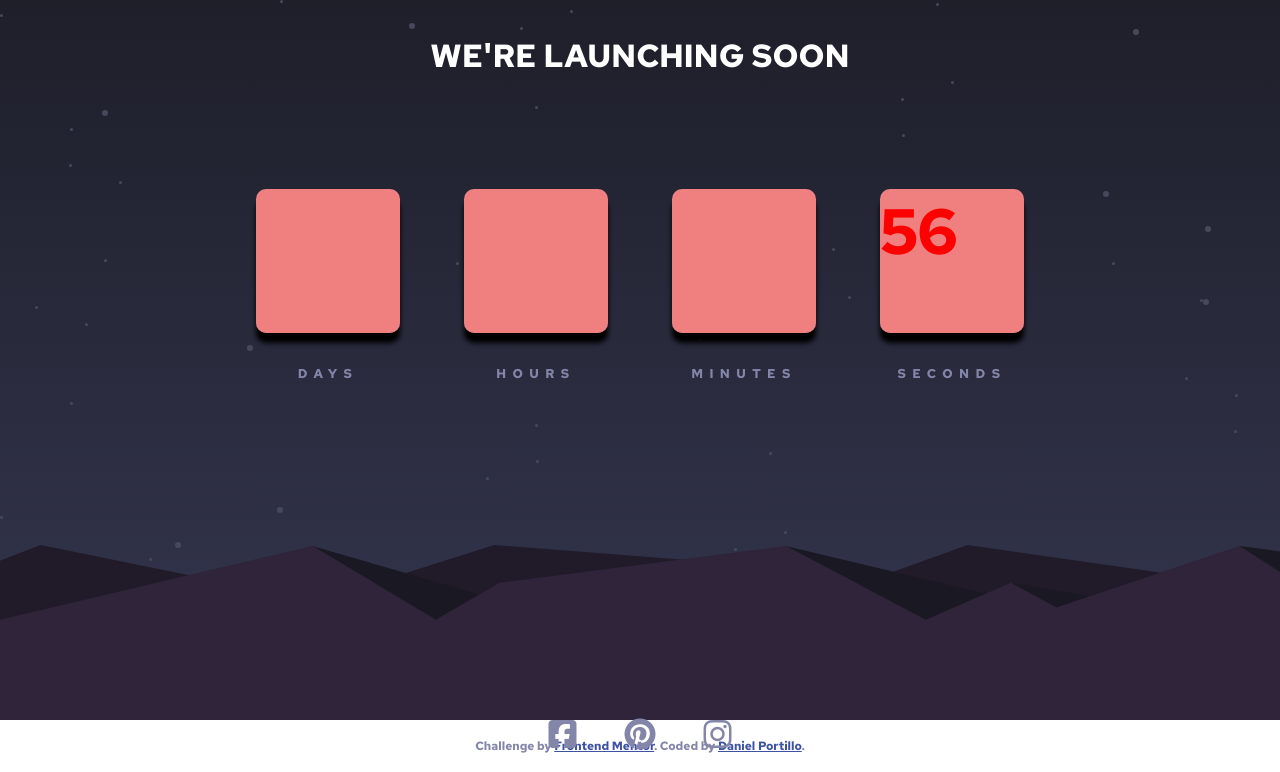
Repository: dportillo23/launch-countdown-timer-main
Page: index.html
These files come from the project's save history. The page is drawn as it stood at one moment and after the next save; the edit follows.
The browser window is 1280 px wide. The pictures show the whole page.
Some web libraries are served in a nearby version. The style sheet was rebuilt from its Sass, Less or Tailwind sources for each picture, by a compiler version that may differ from the author's.

Above is the page before, as saved 2021-06-29 12:13:23.

### index.html
<!DOCTYPE html>
<html lang="en">

<head>
  <meta charset="UTF-8">
  <meta name="viewport" content="width=device-width, initial-scale=1.0">

  <!-- displays site properly based on user's device -->
  <link rel="stylesheet" href="style.css">
  <link rel="icon" type="image/png" sizes="32x32" href="./images/favicon-32x32.png">

  <!-- Fontawesome connection -->
  <script src="https://kit.fontawesome.com/22e099610c.js" crossorigin="anonymous"></script>
  <link rel="stylesheet" href="path/to/font-awesome/css/font-awesome.min.css">

  <!-- Google fonts -->
  <link rel="preconnect" href="https://fonts.gstatic.com">
  <link href="https://fonts.googleapis.com/css2?family=Red+Hat+Text:wght@700&display=swap" rel="stylesheet">

  <title>Frontend Mentor | Launch countdown timer</title>

</head>

<body>
  <div class="header">
    <div class="container">

      <h1 class="title">We're launching soon</h1>

      <!-- Cards Section -->
      <div class="cards--section">

        <!-- Days card -->
        <div class="cards--container">
          <div class="card--number--container days" id="days">
            14
          </div>
          <h3 class="card--subtitle">Days</h3>
        </div>

        <!-- Hours card -->
        <div class="cards--container">
          <div class="card--number--container front  hours" id="hours">
            00
          </div>
          <h3 class="card--subtitle">Hours</h3>
        </div>

        <!-- Minutes card -->
        <div class="cards--container">
          <div class="card--number--container  minutes" id="minutes">
            00
          </div>
          <h3 class="card--subtitle">Minutes</h3>
        </div>

        <!-- Seconds card -->
        <div class="cards--container">
          <div class="card--number--container seconds" data-value="" id="seconds">
           00
          </div>
          <h3 class="card--subtitle">Seconds</h3>
        </div>
      </div>

      <!-- Social media icons section -->
      <div class="social--container">
        <img src="./images/pattern-hills.svg" alt="hills" srcset="">
        <a href=""><i class="fab fa-facebook-square"></i></a></i><a href=""><i class="fab fa-pinterest"></i></a><a
          href=""><i class="fab fa-instagram"></i></a></div>
    </div>
  </div>

<!-- Footer -->
  <footer>
    <div class="attribution">
      Challenge by <a href="https://www.frontendmentor.io?ref=challenge" target="_blank">Frontend Mentor</a>.
      Coded by <a href="https://dportillo23.github.io/My-Personal-Site/">Daniel Portillo</a>.
    </div>
  </footer>

  <script src="app.js"></script>
</body>

</html>

### app.js
// Constants and DOM objects
const seconds = 1000;
const minutes = seconds * 60;
const hours = minutes * 60;
const days = hours * 24;



//  Timer elements
const timeDays = document.getElementById("days");
const timeHours = document.getElementById("hours");
const timeMinutes = document.getElementById("minutes");
const timeSeconds = document.getElementById("seconds");

// Cards Elements
const daysContainer = document.querySelector(".days");
const hoursContainer = document.querySelector(".hours");
const minutesContainer = document.querySelector(".minutes");
const secondsContainer = document.querySelector(".seconds");




// Functions
function difference(endTime, startTime) {
    return endTime - startTime;
}

function addLeadingZero(num) {
    if (num < 10) {
        num = "0" + num;
    }
    return num;
}


function flipCard(card) {
    card.classList.toggle("flipped");
}


//  Interval to make the countdown
var counter = 0
var leftTime = {
    d: [],
    h: [],
    m: [],
    s: [],
}

//Change 60 for 00
const sixtyToZero = num => {
    if (num == 60) {
        num = "00"
    }

    return num
}

// Set counter final day
const finish = new Date();
finish.setDate(finish.getDate() + 14);

// Start countdown
setInterval(() => {
    const actualTime = new Date();
    const timeDifference = difference(finish, actualTime);

    if (counter === 0) {
        leftTime = {
            d: [Math.floor(timeDifference / days), Math.floor(timeDifference / days)],
            h: [Math.floor((timeDifference % days)/ hours ), Math.floor((timeDifference % days)/ hours )],
            m: [Math.floor((timeDifference % hours) / minutes), Math.floor((timeDifference % hours) / minutes)],
            s: [Math.floor((timeDifference % minutes) / seconds) + 1, Math.floor((timeDifference % minutes) / seconds) + 1],
        }

    } else {
        leftTime = {
            d: [Math.floor(timeDifference / days), leftTime.d[0]],
            h: [Math.floor((timeDifference % days)/ hours ), leftTime.h[0]],
            m: [Math.floor((timeDifference % hours) / minutes), leftTime.m[0]],
            s: [Math.floor((timeDifference % minutes) / seconds) + 1, leftTime.s[0]],
        }
    }


    // Add leading zero if needed
    for (const item in leftTime) {
        leftTime[item] = leftTime[item].map(num => addLeadingZero(num))
    }


    //  Change numbers in HTML
    secondsContainer.setAttribute("data-value", leftTime.s[0])
    timeDays.innerHTML = sixtyToZero(leftTime.d[0]);
    timeHours.innerHTML = sixtyToZero(leftTime.h[0]);
    timeMinutes.innerHTML = sixtyToZero(leftTime.m[0]);
    timeSeconds.innerHTML = sixtyToZero(leftTime.s[0]);

    counter += 1

    console.log(leftTime)

}, 500);

### style.scss
*,
*::before,
*::after {
    box-sizing: border-box;
    margin: 0;
}

$col-ppal: hsl(237, 18%, 59%);
$col-red: hsl(345, 95%, 68%);

$col-dark: hsl(236, 21%, 26%);
$col-dark-blue: hsl(235, 16%, 14%);
$col-darker: hsl(234, 17%, 12%);

body {
    font-family: 'Red Hat Text', sans-serif;
    color: $col-ppal;
}

.header {
    min-height: 100vh;
    display: flex;
    flex-direction: column;
    justify-content: center;
    align-items: center;
    background: linear-gradient($col-dark-blue, $col-dark);
}

.container {
    min-height: 100vh;
    width: 100%;
    display: flex;
    flex-direction: column;
    justify-content: center;
    align-items: center;
    gap: 7em;
    position: relative;
    background: url('./images/bg-stars.svg');
}

.title {
    text-transform: uppercase;
    color: #fff;
}

// Cards Secition

.cards--section {
    display: flex;
    gap: 4em;
}

.cards--container {
    display: flex;
    flex-direction: column;
    gap: 2em;
    justify-content: center;
    align-items: center;
}

.card--number--container {
    display: flex;
    justify-content: center;
    align-items: center;
    padding: 1em;
    width: 2.25em;
    height: 2.25em;
    background-color: $col-dark;
    border-radius: 10px;
    box-shadow: 0 10px 5px black;
    position: relative;
    overflow: hidden;
    transition: all 0.5s ease;
    backface-visibility: hidden;
    transform: rotateX(0deg);
    color: $col-red;
    font-size: 4rem;

    &::before {
        content: attr(data-value);
        width: 100%;
        height: 100%;
        color: red;
        background-color: lightcoral;
        position: absolute;
    }

    // &::after {
    //     content: attr(data-value);
    //     width: 100%;
    //     height: 100%;
    //     color: blue;
    //     position: absolute;
    //     display: flex;
    //     justify-content: center;
    //     align-items: center;
    // }
}

.card--subtitle {
    text-transform: uppercase;
    letter-spacing: 0.5em;
    font-size: 0.8em;
}

// Social media section

.social--container {
    width: 100%;
    height: 100%;
    padding-top: 10em;
    display: flex;
    align-items: center;
    justify-content: center;
    gap: 3em;
    // background: lightblue;

    img {
        width: 100%;

        position: absolute;
        z-index: 0;
        bottom: 0;
    }
}

.fab {
    position: relative;
    top: 2em;
    z-index: 1;
    font-size: 2rem;
    color: $col-ppal;

    &:hover {
        color: $col-red;
    }
}

// Footer

.attribution {
    padding: 1.5em;
    font-size: 12px;
    text-align: center;

    a {
        color: hsl(228, 45%, 44%);
    }
}

After the next save:
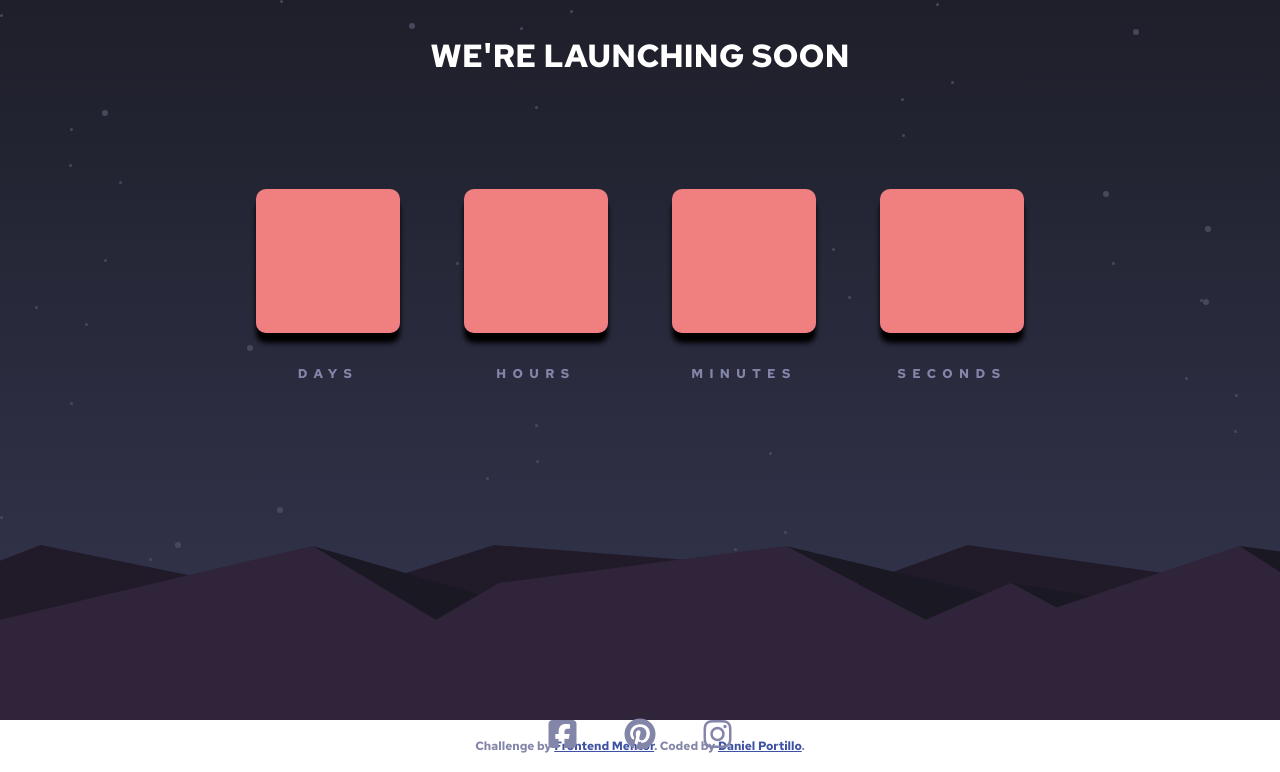
Console error: SyntaxError: Unexpected token '('
Saved 47 h 48 min later.
--- a/app.js
+++ b/app.js
@@ -1,3 +1,14 @@
+class Card() {
+    constructor(_card, _timer) {
+        this.card = _card;
+        this.timer = _timer;
+    }
+
+    updateTimer(_newTime) {
+        this.timer = _newTime;
+    }
+}
+
 // Constants and DOM objects
 const seconds = 1000;
 const minutes = seconds * 60;

After the save that followed:
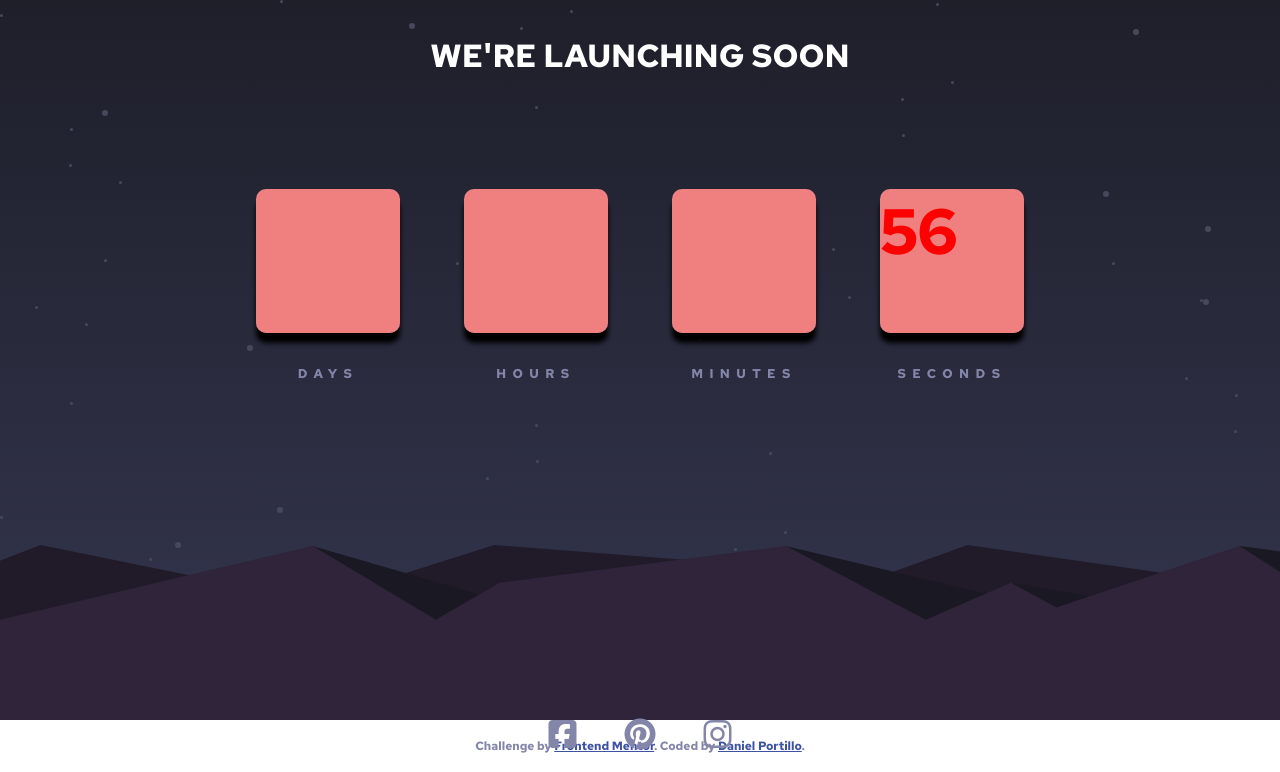
The error is gone.
Saved 2 min 47 s later.
--- a/app.js
+++ b/app.js
@@ -1,11 +1,11 @@
-class Card() {
+class Card {
     constructor(_card, _timer) {
         this.card = _card;
         this.timer = _timer;
     }
 
     updateTimer(_newTime) {
-        this.timer = _newTime;
+        this.timer.innerHTML = sixtyToZero(_newTime);
     }
 }
 
@@ -29,6 +29,9 @@
 const minutesContainer = document.querySelector(".minutes");
 const secondsContainer = document.querySelector(".seconds");
 
+
+// Create Card Objects
+const daysCard = new Card(daysContainer, timeDays);
 
 
 
